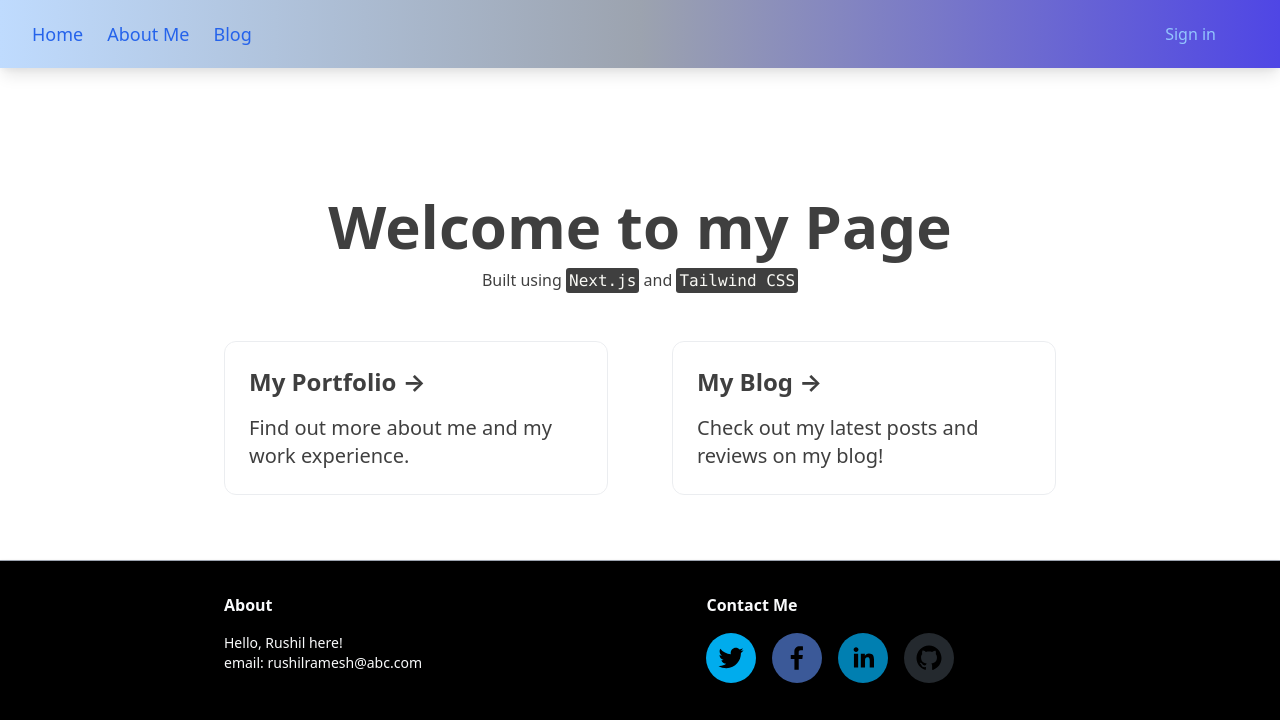
Repository: rushilramesh/portfolio-page
Page: /
The author's editor kept a copy of each file at every save. The page is drawn from the files as they stood at one save, then again after the next save.
The browser window is 1280 px wide. The pictures show the whole page.
The page's requests for data from a server got no answer. The project was rebuilt for these pictures with package versions that can differ from the ones it lists, and the page was loaded fresh each time. The framework's server and built-in components were replaced by stand-ins that run in the browser. No one was signed in, and anything a server would have sent is missing. Also part of the build but not shown: next.config.js.

Above is the page before, as saved 2021-05-24 12:50:29.

### pages/_app.tsx
import { AppProps } from 'next/dist/next-server/lib/router/router';
import '../styles/globals.css'
import { Provider } from 'next-auth/client';


function MyApp({ Component, pageProps } : AppProps) {

  return (
    <Provider session={pageProps.session}>
      <Component {...pageProps} />
    </Provider>
  )

}

export default MyApp

### pages/index.tsx
import Head from 'next/head'
import Image from 'next/image'
import Link from 'next/link'
import Layout from '../components/Layout'
import utilStyles from '../styles/utils.module.css'
import firebaseClient from '../lib/firbaseClient'
import { useAuth } from '../lib/auth'


export default function Home() {

  return (


    <Layout home>
      <Head>
        <title>Personal Portfolio</title>
      </Head>
        <div className="container mx-auto  flex flex-col items-center justify-center w-full mt-32 flex-1 px-20 text-center opacity-75" >

          <h1 className="text-6xl font-bold">
            Welcome to my Page
          </h1>

          <p className="mt-3">
            Built using <code> Next.js</code> and <code>Tailwind CSS</code>
          </p>


          <div className="flex flex-wrap items-center justify-around max-w-4xl mt-6 sm:w-full">
            <Link href="./about">
              <a className="p-6 mt-6 text-left border w-96 rounded-xl hover:bg-indigo-200 focus:text-blue-600">
                <h3 className="text-2xl font-bold">My Portfolio &rarr;</h3>
                <p className="mt-4 text-xl">
                  Find out more about me and my work experience.
                </p>
              </a>
            </Link>

            <Link href="./blog">
              <a className="p-6 mt-6 text-left border w-96 rounded-xl hover:bg-red-200 focus:text-blue-600">
                <h3 className="text-2xl font-bold">My Blog &rarr;</h3>
                <p className="mt-4 text-xl">
                  Check out my latest posts and reviews on my blog!
                </p>
              </a>
            </Link>
          </div>
        </div>

    </Layout>

  )
}

### styles/globals.css
@tailwind base;
@tailwind components;
@tailwind utilities;

code {
    background-color: black;
    color: #f8f8f2;
    padding: 3px;
    border-radius: 3px;
}

### components/Layout.tsx
import Nav from './Nav'
import utilStyles from '../styles/utils.module.css'
import Link from 'next/link'
import { SocialIcon } from 'react-social-icons';

const Layout = ({children, home} : {children: React.ReactNode, home?: boolean, }) => {
    return (
        <div className="flex flex-col width-screen h-screen" >
            <header>
                <Nav />
            </header>
            <div className="container mx-auto mb-488 text-center">
                <main>{children}</main>
            </div>

            <footer  className= {(home) ? " fixed bottom-0 bg-black border-t w-full border-gray-400 shadow text-gray-50 h-40" : "  bg-black border-t border-gray-400 shadow text-gray-50 "}>
            <div className="container max-w-4xl mx-auto flex py-8 ">
                <div className="flex w-full md:w-7/12 ">
                    <div className="px-8">
                        <h3 className="font-bold text-gray-50">About</h3>
                        <p className="py-4 text-gray-50 text-sm">
                            Hello, Rushil here!
                            <br/>
                            email: rushilramesh@abc.com
                        </p>
                    </div>
				</div>

                <div className="flex w-full md:w-1/2 ">
					<div className="px-8">
						<h3 className="font-bold -mb-4 text-gray-50">Contact Me</h3>
						<div className="container justify-center inline-flex mt-8 space-x-4 ">
                            <a href='https://twitter.com/?lang=en'><SocialIcon network="twitter" /></a>
                            <a href='https://www.facebook.com/'><SocialIcon network="facebook" /></a>
                            <a href='https://www.linkedin.com/in/rushil-ramesh-2a8404209/'><SocialIcon network="linkedin" /></a>
                            <a href='https://github.com/rushilramesh'><SocialIcon network="github" /></a>
                        </div>
					</div>
				</div>
            </div>
        </footer>
        </div>
    )
}

export default Layout;

### components/Nav.tsx
/* This example requires Tailwind CSS v2.0+ */
import Link from 'next/link'
import Image from 'next/dist/client/image'
import router, { useRouter } from 'next/router'
import { signIn, signOut, useSession} from 'next-auth/client'


const navs = [
   {name: 'Home', href: '/'},
   {name: 'About Me', href: 'http://localhost:3000/about'},
   {name: 'Blog', href: 'http://localhost:3000/blog'}
]


export default function Nav() {
   const [session, loading] = useSession()

   if (loading) {
      return <h1></h1>
   }

   return (
      <nav id="header" className="w-full z-30 top-10 py-1 bg-gradient-to-r from-blue-200 via-gray-400 to-indigo-600 shadow-lg  mt-15">
         <div className="w-full flex items-center justify-between mt-0 px-6 py-2">
         <label  className="cursor-pointer md:hidden block">
            <svg className="fill-current text-blue-600" xmlns="http://www.w3.org/2000/svg" width="20" height="20" viewBox="0 0 20 20">
               <title>menu</title>
               <path d="M0 3h20v2H0V3zm0 6h20v2H0V9zm0 6h20v2H0v-2z"></path>
            </svg>
         </label>
         <input className="hidden" type="checkbox" id="menu-toggle"/>

         <div className="hidden md:flex md:items-center md:w-auto w-full order-3 md:order-1" id="menu">
            <nav>
               <ul className="md:flex items-center justify-between text-base text-blue-600 pt-4 md:pt-0">
                  {navs.map((item) => (
                  <li key={item.name} >
                     <Link href={item.href}>
                        <a className="inline-block no-underline hover:text-black font-medium text-lg py-2 px-4 lg:-ml-2" >{item.name}</a>
                     </Link>
                  </li>))}
               </ul>
            </nav>
         </div>

         <div className="order-2 md:order-3 flex flex-wrap items-center justify-end mr-0 md:mr-4" id="nav-content">
            <div className="auth flex space-x-4 items-center w-full md:w-full">
               { session && (
                  <Image src="/images/displayPhoto.jpeg" alt="DP" width={30} height ={30} className="rounded-full"/>
               )}
               <button className=" text-blue-300 p-2  mr-4 hover:bg-gray-600 hover:text-indigo-200">
                  {session ? (
                        <button onClick={e => {
                           e.preventDefault()
                           signOut()
                           router.push('/')
                        }}>Sign Out</button>
                        ) : (
                        <button onClick={e => {
                           e.preventDefault()
                           signIn("Credentials")
                        }}>Sign in</button>
                     )
                  }
               </button>
            </div>
         </div>
         </div>
      </nav>
  )
}

### tailwind.config.js
module.exports = {

  purge: ['./pages/**/*.{js,ts,jsx,tsx}', './components/**/*.{js,ts,jsx,tsx}'],
  darkMode: false, // or 'media' or 'class'
  theme: {
    extend: {
      backgroundImage: theme => ({
        'main-background': "url('/images/background-photo.jpeg')",
      })
    },
  },
  variants: {
    extend: {
      justifyItems: ['hover', 'focus'],
    },
  },
  plugins: [],
}

After the next save:
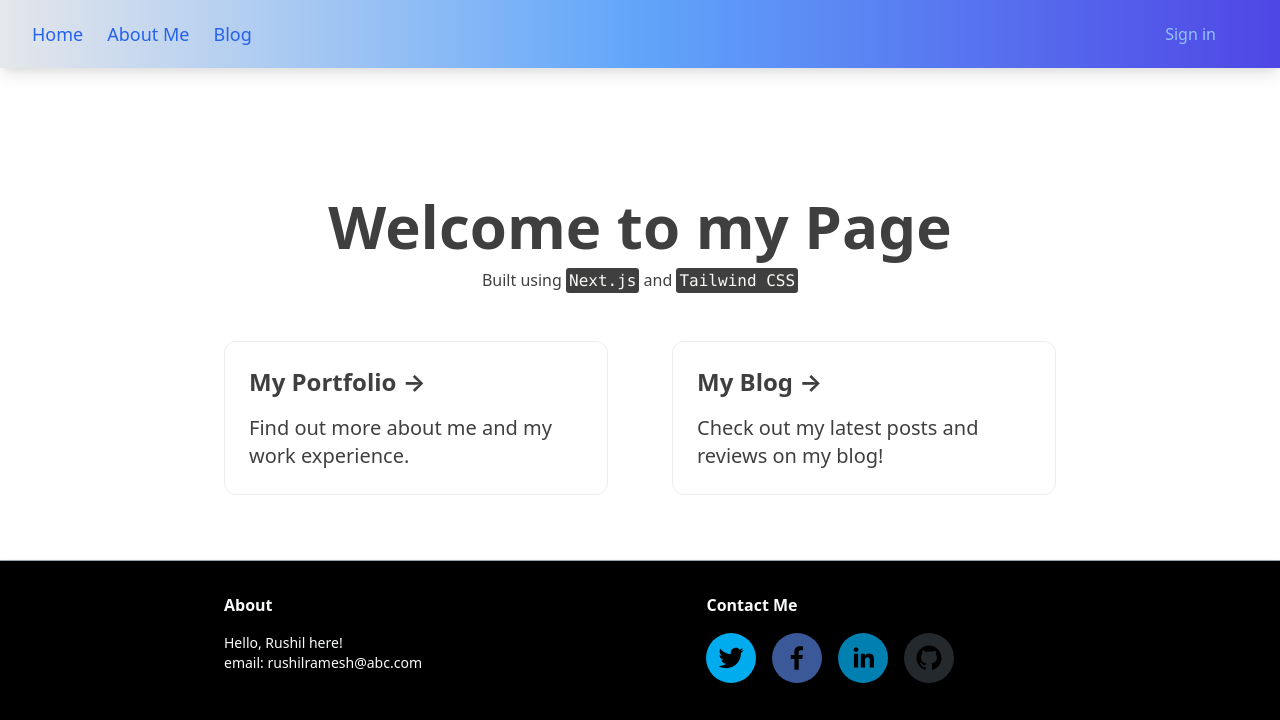
Saved 9 s later.
--- a/components/Nav.tsx
+++ b/components/Nav.tsx
@@ -20,7 +20,7 @@ export default function Nav() {
    }
 
    return (
-      <nav id="header" className="w-full z-30 top-10 py-1 bg-gradient-to-r from-blue-200 via-gray-400 to-indigo-600 shadow-lg  mt-15">
+      <nav id="header" className="w-full z-30 top-10 py-1 bg-gradient-to-r from-gray-200 via-blue-400 to-indigo-600 shadow-lg  mt-15">
          <div className="w-full flex items-center justify-between mt-0 px-6 py-2">
          <label  className="cursor-pointer md:hidden block">
             <svg className="fill-current text-blue-600" xmlns="http://www.w3.org/2000/svg" width="20" height="20" viewBox="0 0 20 20">
